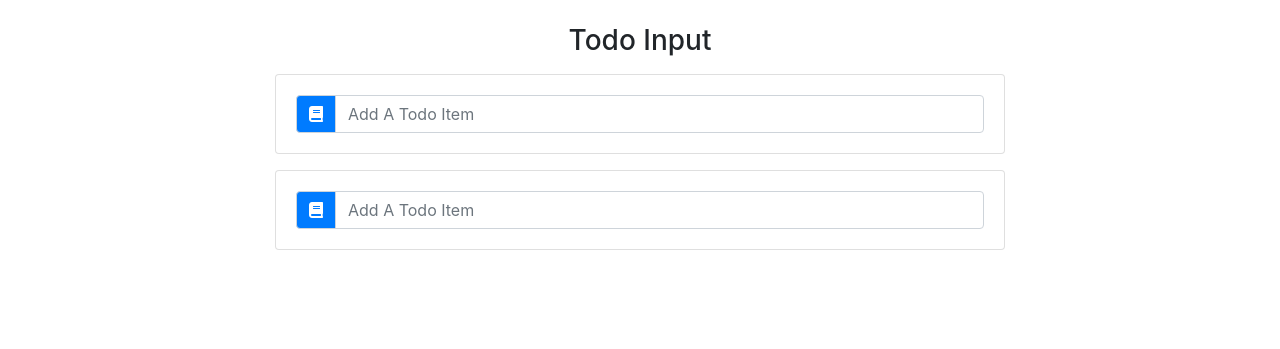
Repository: TomoyaKuroda/React-Simple-Todo-App
Page: /
The author's editor kept a copy of each file at every save. The page is drawn from the files as they stood at one save, then again after the next save.
The browser window is 1280 px wide. The pictures show the whole page.
Some web libraries are served in a nearby version. The project was rebuilt for these pictures with package versions that can differ from the ones it lists, and the page was loaded fresh each time.

Above is the page before, as saved 2018-12-06 22:06:23.

### public/index.html
<!DOCTYPE html>
<html lang="en">

  <head>
    <meta charset="utf-8">
    <link rel="shortcut icon" href="%PUBLIC_URL%/favicon.ico">
    <meta name="viewport" content="width=device-width, initial-scale=1, shrink-to-fit=no">
    <meta name="theme-color" content="#000000">
    <!-- manifest.json provides metadata used when your web app is added to the homescreen on Android. See https://developers.google.com/web/fundamentals/web-app-manifest/ -->
    <link rel="manifest" href="%PUBLIC_URL%/manifest.json">
    <!-- Notice the use of %PUBLIC_URL% in the tags above. It will be replaced with the URL of the `public` folder during the build. Only files inside the `public` folder can be referenced from the HTML. Unlike "/favicon.ico" or "favicon.ico", "%PUBLIC_URL%/favicon.ico" will work correctly both with client-side routing and a non-root public URL. Learn how to configure a non-root public URL by running `npm run build`. -->
    <link rel="stylesheet" href="https://use.fontawesome.com/releases/v5.5.0/css/all.css" integrity="sha384-B4dIYHKNBt8Bc12p+WXckhzcICo0wtJAoU8YZTY5qE0Id1GSseTk6S+L3BlXeVIU" crossorigin="anonymous">
    <title>Todo App</title>
  </head>

  <body>
    <noscript>
      You need to enable JavaScript to run this app.
    </noscript>
    <div id="root"></div>
    <!-- This HTML file is a template. If you open it directly in the browser, you will see an empty page. You can add webfonts, meta tags, or analytics to this file. The build step will place the bundled scripts into the <body> tag. To begin the development, run `npm start` or `yarn start`. To create a production bundle, use `npm run build` or `yarn build`. -->
  </body>

</html>

### src/App.js
import React, { Component } from 'react';

import TodoInput from './components/TodoInput';
import TodoList from "./components/TodoInput";

import 'bootstrap/dist/css/bootstrap.min.css'
import uuid from 'uuid'

class App extends Component {
  render() {
    return (
      <div className="container">
      <div className="row">
      <div className="col-10 mx-auto col-md-8 mt-4">
      <h3 className="text-capitalize text-center">
      todo input
      </h3>
      <TodoInput />
            <TodoList />
      </div>

      </div>

      </div>
    );
  }
}

export default App;

### src/components/TodoInput.js
import React, { Component } from 'react'

export default class TodoInput extends Component {
  render() {
    return (
      <div className="card card-body my-3">
        <form>
        <div className="input-group">
        <div className="input-group-prepend">
        <div className="input-group-text bg-primary text-white">
        <i className="fas fa-book">
        </i>
        </div>
        </div>
        <input type="text" className="form-control text-capitalize"
        placeholder="add a todo item">
        </input>
        </div>
        </form>
      </div>
    )
  }
}

Loaded but not shown: src/index.js (common file); src/index.css (common file); src/serviceWorker.js (common file)

After the next save:
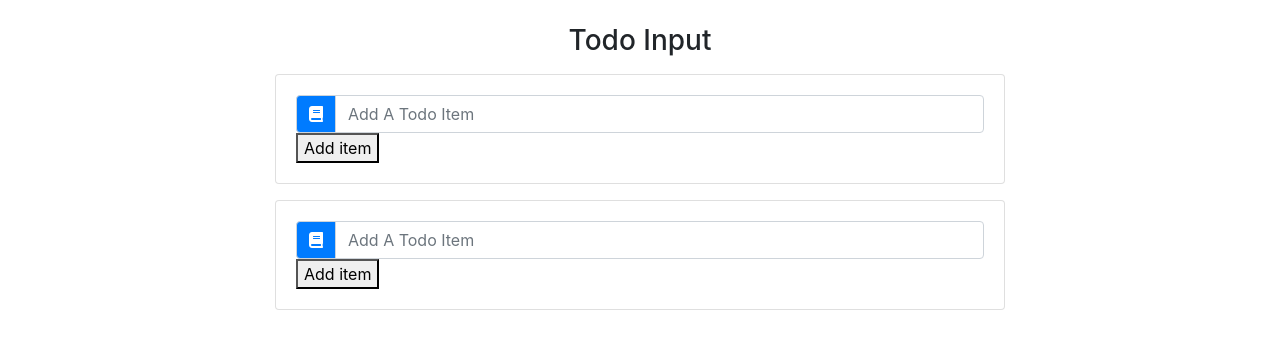
Saved 36 s later.
--- a/src/components/TodoInput.js
+++ b/src/components/TodoInput.js
@@ -16,6 +16,7 @@ export default class TodoInput extends Component {
         placeholder="add a todo item">
         </input>
         </div>
+        <button type="submit">Add item</button>
         </form>
       </div>
     )
